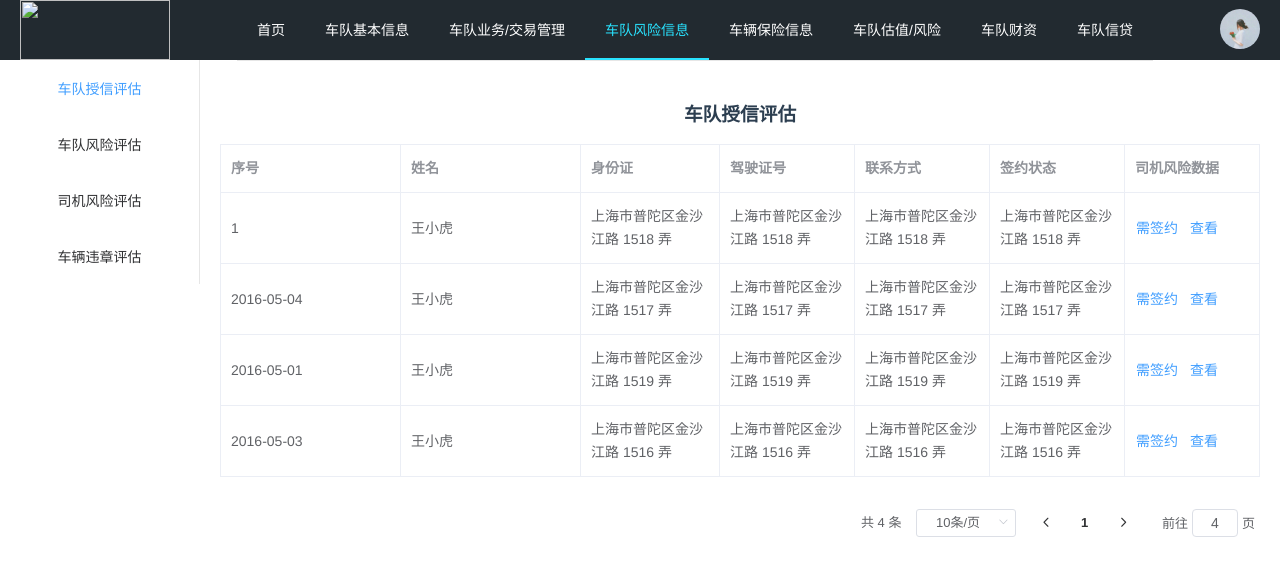
Repository: TheWomanLiketheWind/woodpecker
Page: /
These files come from the project's save history. The page is drawn as it stood at one moment and after the next save; the edit follows.
The browser window is 1280 px wide. The pictures show the whole page.
The project was rebuilt for these pictures with package versions that can differ from the ones it lists, and the page was loaded fresh each time. Also part of the build but not shown: src/views/menuThird.vue.

Above is the page before, as saved 2019-07-25 20:56:32.

### public/index.html
<!DOCTYPE html>
<html lang="en">
  <head>
    <meta charset="utf-8">
    <meta http-equiv="X-UA-Compatible" content="IE=edge">
    <meta name="viewport" content="width=device-width,initial-scale=1.0">
    <link rel="icon" href="<%= BASE_URL %>favicon.ico">
    <title>woodpecker</title>
  </head>
  <body>
    <noscript>
      <strong>We're sorry but woodpecker doesn't work properly without JavaScript enabled. Please enable it to continue.</strong>
    </noscript>
    <div id="app"></div>
    <!-- built files will be auto injected -->
  </body>
</html>

### src/App.vue
<template>
  <div id="app">
    <router-view />
  </div>
</template>

<style lang="scss">
#app {
  font-family: "Avenir", Helvetica, Arial, sans-serif;
  -webkit-font-smoothing: antialiased;
  -moz-osx-font-smoothing: grayscale;
  text-align: center;
  color: #2c3e50;
  .el-header {
    display: flex;
    justify-content: space-between;
    align-items: center;
  }
}
#nav {
  padding: 30px;
  a {
    font-weight: bold;
    color: #2c3e50;
    &.router-link-exact-active {
      color: #42b983;
    }
  }
}
body {
  margin: 0;
}
</style>

### src/router.ts
import Vue from 'vue'
import Router from 'vue-router'
import Home from './views/Home.vue'
Vue.use(Router)

export default new Router({
  mode: 'history',
  base: process.env.BASE_URL,
  routes: [
    {
      path: '/',
      name: 'home',
      component: Home,
      children: [
        {
          path: '/',
          name: 'menuSecond',
          children: [
            {
              path: '/',
              name: 'menuThird',
              component: () =>
                import(/* webpackChunkName: "about" */ './views/menuThird.vue')
            }
          ],
          component: () =>
            import(/* webpackChunkName: "about" */ './views/menuSecond.vue')
        }
      ]
    }
  ]
})

### src/views/Home.vue
<template>
  <el-container>
    <el-header class="headerAll">
      <img src=""
           class="headImage">
      <el-menu :default-active="activeIndex"
               class="el-menu-demo"
               mode="horizontal"
               background-color="#222a30"
               text-color="#fff"
               active-text-color="#29e2fe"
               @select="handleSelect">
        <el-menu-item v-for="(item, index) in menuList"
                      :key="index"
                      :index="item.index"
                      v-on:listenToChildEvent="menuClick">{{item.name}}</el-menu-item>
      </el-menu>

      <el-dropdown>
        <img src="../assets/headImage.jpg"
             class="drophead" />
        <el-dropdown-menu slot="dropdown">
          <el-dropdown-item>个人信息</el-dropdown-item>
          <el-dropdown-item>退出</el-dropdown-item>
        </el-dropdown-menu>
      </el-dropdown>
    </el-header>
    <!-- <router-link to="/menuSecond">点击跳转</router-link> -->
    <router-view />
  </el-container>
</template>

<script lang="ts">
import { Component, Vue } from "vue-property-decorator";

@Component({
  components: {}
})
export default class Home extends Vue {
  data() {
    return {
      activeIndex: "4",
      menuList: [
        {
          name: "首页",
          index: "1",
          link: ""
        },
        {
          name: "车队基本信息",
          index: "2",
          link: ""
        },
        {
          name: "车队业务/交易管理",
          index: "3",
          link: ""
        },
        {
          name: "车队风险信息",
          index: "4",
          link: ""
        },
        {
          name: "车辆保险信息",
          index: "5",
          link: ""
        },
        {
          name: "车队估值/风险",
          index: "6",
          link: ""
        },
        {
          name: "车队财资",
          index: "7",
          link: ""
        },
        {
          name: "车队信贷",
          index: "8",
          link: ""
        }
      ]
    };
  }

  private handleSelect(key: any, keyPath: any) {
    console.log(key, keyPath);
  }

  menuClick(data: any) {
    this.$router.push(data);
  }
}
</script>

<style lang="scss">
.headerAll {
  background: #222a30;
  .headImage {
    width: 150px;
    height: 100%;
    border: 0;
  }
  .drophead {
    width: 40px;
    height: 40px;
    border-radius: 50%;
  }
}
</style>

### src/views/menuSecond.vue
<template>
  <el-container>

    <el-aside width="200px">
      <el-menu :default-active="defaultActive"
               class="el-menu-vertical-demo"
               @select="handleSelect">
        <el-menu-item v-for="(item, index) in filesList.navigeList"
                      :key="index"
                      :index="item.index">
          <span slot="title">{{item.name}}</span>
        </el-menu-item>
      </el-menu>
    </el-aside>
    <el-main>
      <h3>{{filesList.navigeList[this.selectIndex].name}}</h3>
      <el-table :data="tableData"
                border
                style="width: 100%">
        <el-table-column prop="date"
                         label="序号"
                         width="180" />
        <el-table-column prop="name"
                         label="姓名"
                         width="180" />
        <el-table-column prop="address"
                         label="身份证" />
        <el-table-column prop="address"
                         label="驾驶证号" />
        <el-table-column prop="address"
                         label="联系方式" />
        <el-table-column prop="address"
                         label="签约状态" />
        <el-table-column prop="address"
                         label="司机风险数据">
          <template>
            <el-button type="text">需签约</el-button>
            <el-button type="text">查看</el-button>
          </template>
        </el-table-column>
      </el-table>
      <el-pagination @size-change="handleSizeChange"
                     @current-change="handleCurrentChange"
                     :current-page="currentPage4"
                     :page-sizes="[10, 20, 50, 100]"
                     :page-size="10"
                     layout="total, sizes, prev, pager, next, jumper"
                     :total="tableData.length">
      </el-pagination>
    </el-main>
  </el-container>

</template>

<script lang="ts">
import Vue from "vue";
import files from "../jsonFile";

export default Vue.extend({
  data() {
    return {
      filesList: files,
      selectIndex: 0,
      defaultActive: "1",
      currentPage4: 4,
      tableData: [
        {
          date: "1",
          name: "王小虎",
          address: "上海市普陀区金沙江路 1518 弄"
        },
        {
          date: "2016-05-04",
          name: "王小虎",
          address: "上海市普陀区金沙江路 1517 弄"
        },
        {
          date: "2016-05-01",
          name: "王小虎",
          address: "上海市普陀区金沙江路 1519 弄"
        },
        {
          date: "2016-05-03",
          name: "王小虎",
          address: "上海市普陀区金沙江路 1516 弄"
        }
      ]
    };
  },
  methods: {
    handleSelect(key: String) {
      this.selectIndex = Number(key) - 1;
    },
    handleSizeChange(val: Number) {
      console.log(`每页 ${val} 条`);
    },
    handleCurrentChange(val: Number) {
      console.log(`当前页: ${val}`);
    }
  }
});
</script>


<style lang="scss">
.el-pagination {
  margin-top: 30px;
  float: right;
}
</style>

### src/jsonFile.ts
const fileObject = {
  navigeList: [
    {
      name: '车队授信评估',
      index: '1'
    },
    {
      name: '车队风险评估',
      index: '2'
    },
    {
      name: '司机风险评估',
      index: '3'
    },
    {
      name: '车辆违章评估',
      index: '4'
    }
  ]
}

export default fileObject

Loaded but not shown: src/main.ts (common file); src/store.ts (common file)

After the next save:
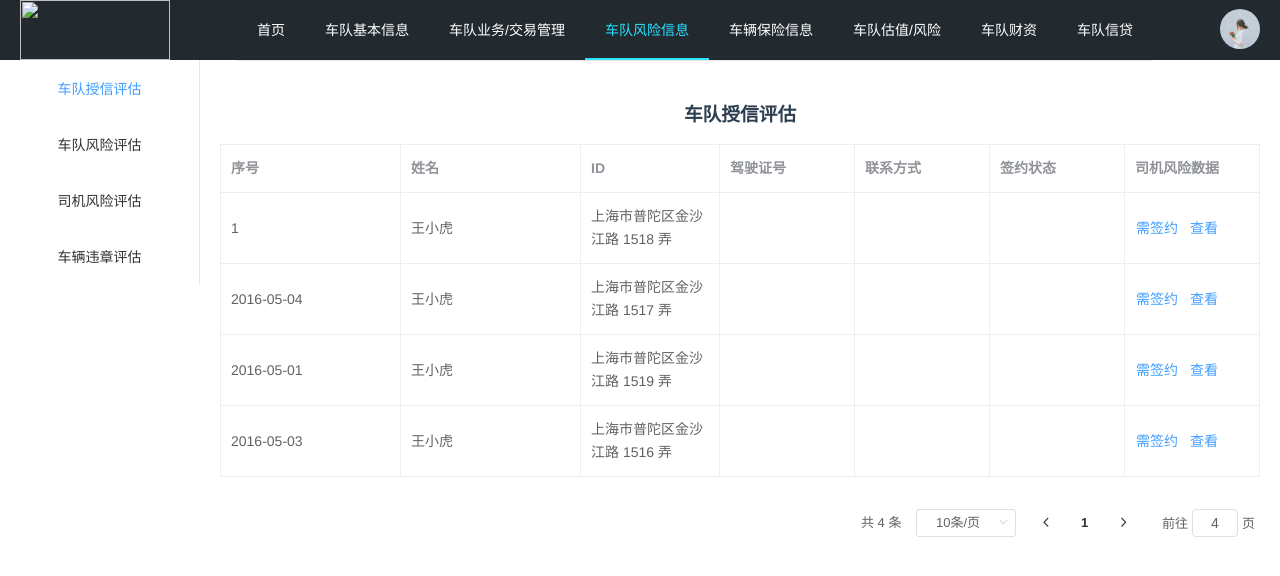
Saved 87 s later.
--- a/src/views/menuSecond.vue
+++ b/src/views/menuSecond.vue
@@ -24,15 +24,14 @@
                          label="姓名"
                          width="180" />
         <el-table-column prop="address"
-                         label="身份证" />
-        <el-table-column prop="address"
+                         label="ID" />
+        <el-table-column prop="driveID"
                          label="驾驶证号" />
-        <el-table-column prop="address"
+        <el-table-column prop="tel"
                          label="联系方式" />
-        <el-table-column prop="address"
+        <el-table-column prop="signType"
                          label="签约状态" />
-        <el-table-column prop="address"
-                         label="司机风险数据">
+        <el-table-column label="司机风险数据">
           <template>
             <el-button type="text">需签约</el-button>
             <el-button type="text">查看</el-button>
